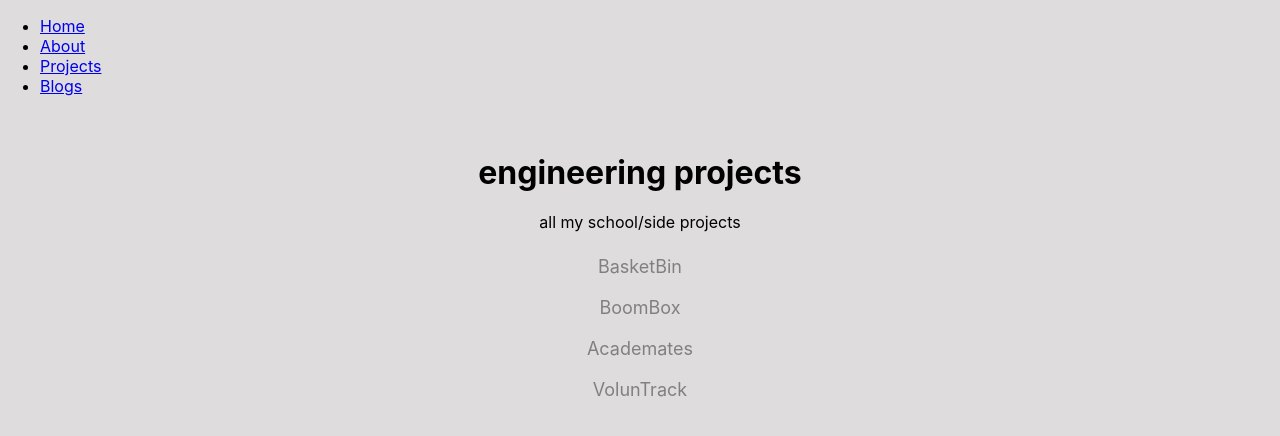
Repository: nicholaschen09/personalWebsite
Page: /projects/engineering
These files come from the project's save history. The page is drawn as it stood at one moment and after the next save; the edit follows.
The browser window is 1280 px wide. The pictures show the whole page.
The project was rebuilt for these pictures with package versions that can differ from the ones it lists, and the page was loaded fresh each time. Also part of the build but not shown: src/components/About.css, src/components/About.js, src/components/Home.js, src/components/Projects.css, src/components/Projects.js, src/components/Blog.css, src/components/Blog.js, src/components/Miscellaneous.css and 3 more.

Above is the page before, as saved 2024-08-10 09:02:55.

After the next save:
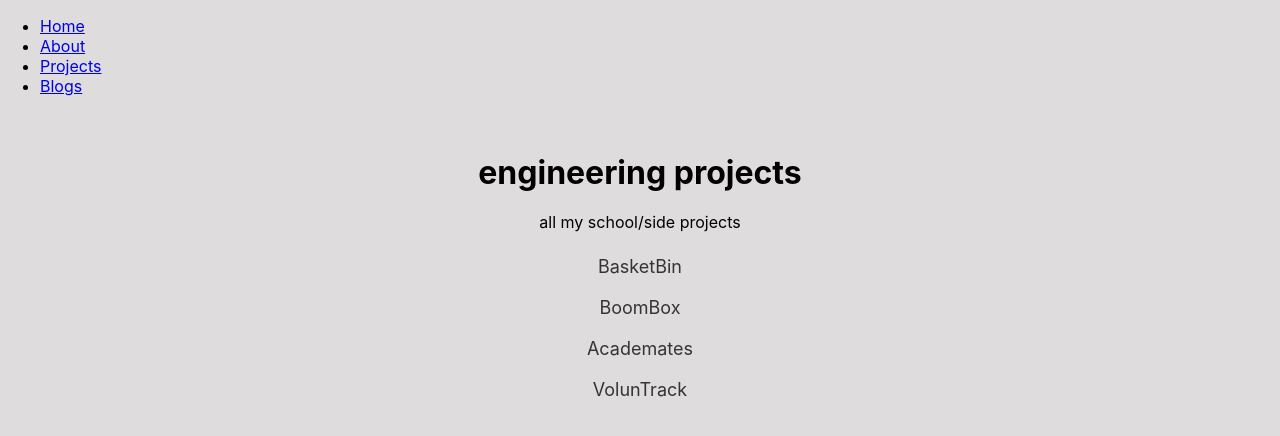
Saved 27 s later.
--- a/src/components/Engineering.css
+++ b/src/components/Engineering.css
@@ -17,7 +17,7 @@
     color: #007bff; /* Example link color, adjust as needed */
     text-decoration: none; /* Removes underline from links */
     font-size: 18px; /* Adjust font size as needed */
-    color: #808080;
+    color: #343434;
 
 }
 
